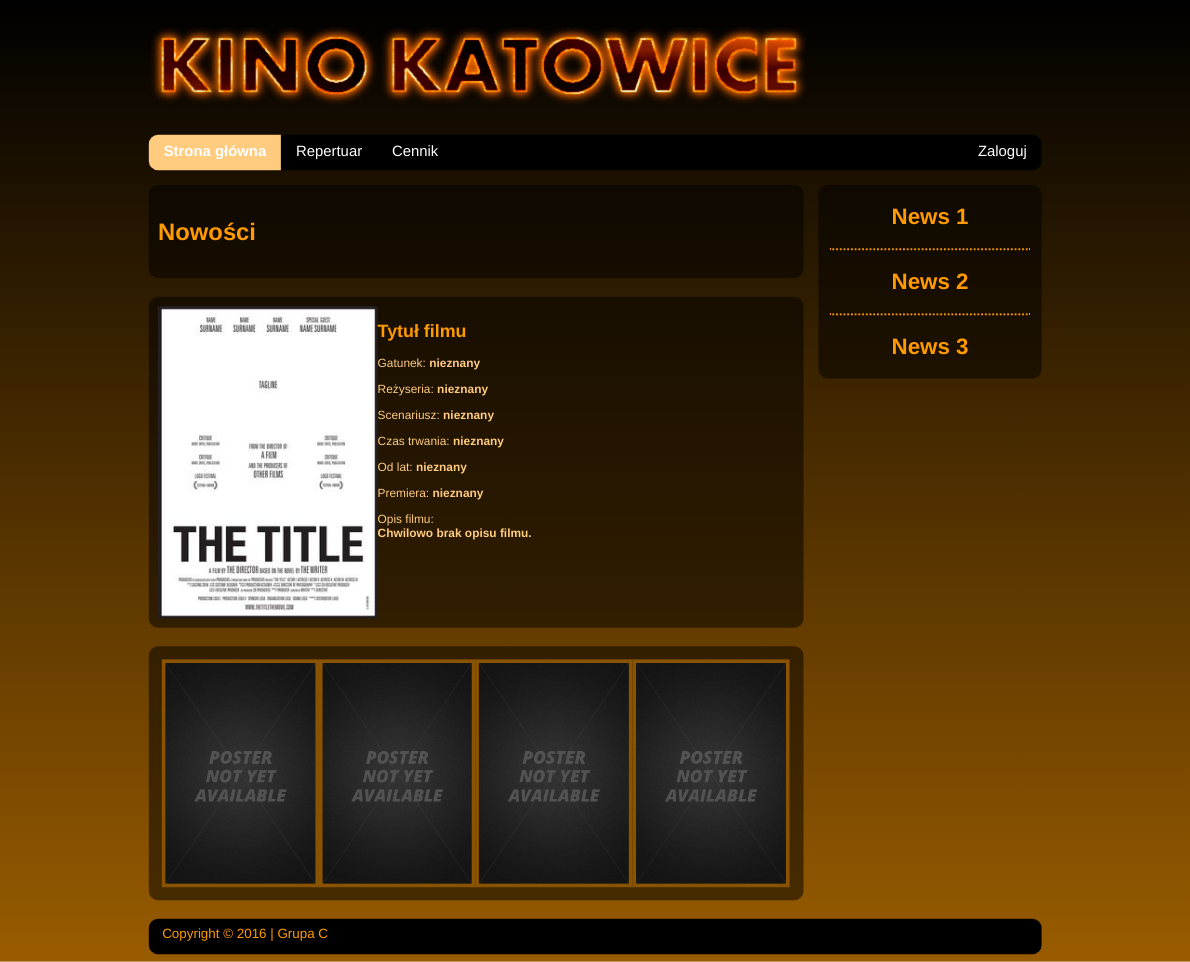
Repository: Gate4/Grupa-C
Page: http://localhost/KinoWebApp/WEB-INF/jsp/welcome.jsp
An editor plug-in stored every save of this project. The page is shown before and after the next save, followed by the edit.
The browser window is 1280 px wide. The pictures show the whole page, at 93% of full size.
Some web libraries are served in a nearby version. The page is served by Tomcat 9. Nobody is signed in. Other server files are loaded and not shown. The template is opened directly, without the code that normally fills it, so the values that code supplies are empty.

Above is the page before, as saved 2016-04-21 22:10:39.

### KinoWebApp/WebContent/WEB-INF/jsp/welcome.jsp
<%@page pageEncoding="UTF-8" contentType="text/html; charset=UTF-8"%>
<%@ taglib prefix="spring" uri="http://www.springframework.org/tags"%>
<!DOCTYPE html>
<html>
<head>


<spring:url value="/resources/style.css" var="styleCSS" />
<link href="${styleCSS}" rel="stylesheet" />
<script
	src="https://ajax.googleapis.com/ajax/libs/jquery/2.1.3/jquery.min.js"></script>
<link href="${styleCSS}" rel="stylesheet" />
<title>Kino</title>
</head>

<body>
	<div id="page">
		<header>
			<h1 id="logo">
				<img src="img/logo.png" alt="Kino Katowice">
			</h1>

			<nav class="clear">
				<ul>
					<li><a class="active" href='#'>Strona główna</a></li>
					<li><a href='#'>Repertuar</a></li>
					<li><a href='#'>Cennik</a></li>
					<li><a href='#'>Zaloguj</a></li>
				</ul>
			</nav>
		</header>


		<div id="content" role="main">
			<section class="primary">
			<section class="tile">
			<h1 id="pagetitle">Nowości</h1>
			</section>
				<section class="tile">
					<img src="resources/img/poster1.jpg" alt="Tytuł filmu 1">
					<h2>Tytuł filmu</h2>
					<p>Gatunek: <span>nieznany</span></p>
					<p>Reżyseria: <span>nieznany</span></p>
					<p>Scenariusz: <span>nieznany</span></p>
					<p>Czas trwania: <span>nieznany</span></p>
					<p>Od lat: <span>nieznany</span></p>
					<p>Premiera: <span>nieznany</span></p>
					<p>Opis filmu:<br> <span>Chwilowo brak opisu filmu.</span></p>
				</section>

				<section class="tile">
					<section class="poster">
						<a href='#'><img src="resources/img/poster4.jpg"
							alt="Tytuł filmu 1"></a>
					</section>
					<section class="poster">
						<a href='#'><img src="resources/img/poster4.jpg"
							alt="Tytuł filmu 2"></a>
					</section>
					<section class="poster">
						<a href='#'><img src="resources/img/poster4.jpg"
							alt="Tytuł filmu 3"></a>
					</section>
					<section class="poster">
						<a href='#'><img src="resources/img/poster4.jpg"
							alt="Tytuł filmu 4"></a>
					</section>
				</section>

			</section>

			<aside class="secondary">
				<section>
					<h2>News 1</h2>
					<p>${message}</p>
				</section>
				<hr>
				<section>
					<h2>News 2</h2>
					<p>${message}</p>
				</section>
				<hr>
				<section>
					<h2>News 3</h2>
					<p>${message}</p>
				</section>
			</aside>
		</div>

		<footer class="clear">
			<section class="footer">
				<p>Copyright © 2016 | Grupa C</p>
			</section>
		</footer>
	</div>

</body>

</html>

### KinoWebApp/WebContent/resources/style.css
body{
	background: #000000;
	background: linear-gradient(#000000, #995c00);
	color: #FF9A00;
	font-family: Helvetica, Verdana, sans;
}

#page{
	width: 960px;
	margin: 0 auto;
}

#logo{
	font-variant: small-caps;
}

#pagetitle{
	font-size: 2em;
}

#logo, .primary, .poster, .tile{
	float: left;
}

#contact, .secondary{
	float: right;
}

.clear{
	clear: both;
}

.primary{
	width: 75%;
}

.secondary{
	border-radius: 10px;
	background-color: #000000;
	background-color: rgba(0,0,0,0.5);
	width: 25%;
}

.secondary p,.tile p{
	margin-left: 1em;
	text-align: left;
	color: #FFCC7F;
}

.secondary h2{
	text-align: center;
}

.secondary hr{
	border: none;
	border-top: 2px dotted #FF9A00;
	width: 90%;
}

nav ul{
	border-radius: 10px;
	background-color: #000000;
	min-height: 2.4em;
	list-style: none;
	padding: 0;
}

nav ul li{
	display: inline;
	padding: 5px 1em;
}

nav ul li a{
	display: block;
	float: left;
	height: 1.2em;
	padding: 0.6em 1em;
	margin: 0;
	color: #fff;
	text-decoration: none;
}

nav ul li a:hover, a.active{
	background: #FFCC7F;
	font-weight: bold;
}

nav ul li:last-child{
	float: right;
	padding: 0;
}

nav ul li:first-child a:hover, nav ul li:first-child a.active{
	border-radius: 10px 0 0 10px;
}

nav ul li:last-child a:hover, nav ul li:last-child a.active{
	border-radius: 0 10px 10px 0;
}


.hidden{
	display: none;
}

.poster{
	width: 23.5%;
	padding: 4px 4px 4px 4px;
}

.poster img{
	border-style: solid;
    border-width: 4px;
    border-color: #895300;
	width: 100%;
}

.poster img:hover{
	border-style: solid;
    border-width: 4px;
    border-color: #ffb13b;
	width: 100%;
}


.tile{
    border-radius: 10px;
	background-color: #000000;
	background-color: rgba(0,0,0,0.5);
    width: 95%;

    color: #FF9A00;

    font-size: 0.8em;

    text-align: left;

    margin: 0px 20px 20px 0px;

    padding: 10px 10px 10px 10px;

    border-radius: 10px;
}

.tile img{
	float: left;
}

.tile p span{
    font-weight: bold;
}


.footer{
	border-radius: 10px;
	background-color: #000000;
	min-height: 2.4em;
	padding: 0 0px 0 0;
}

.footer p{
	font-size: 0.9em;
	padding: 0.6em 1em;
}

After the next save:
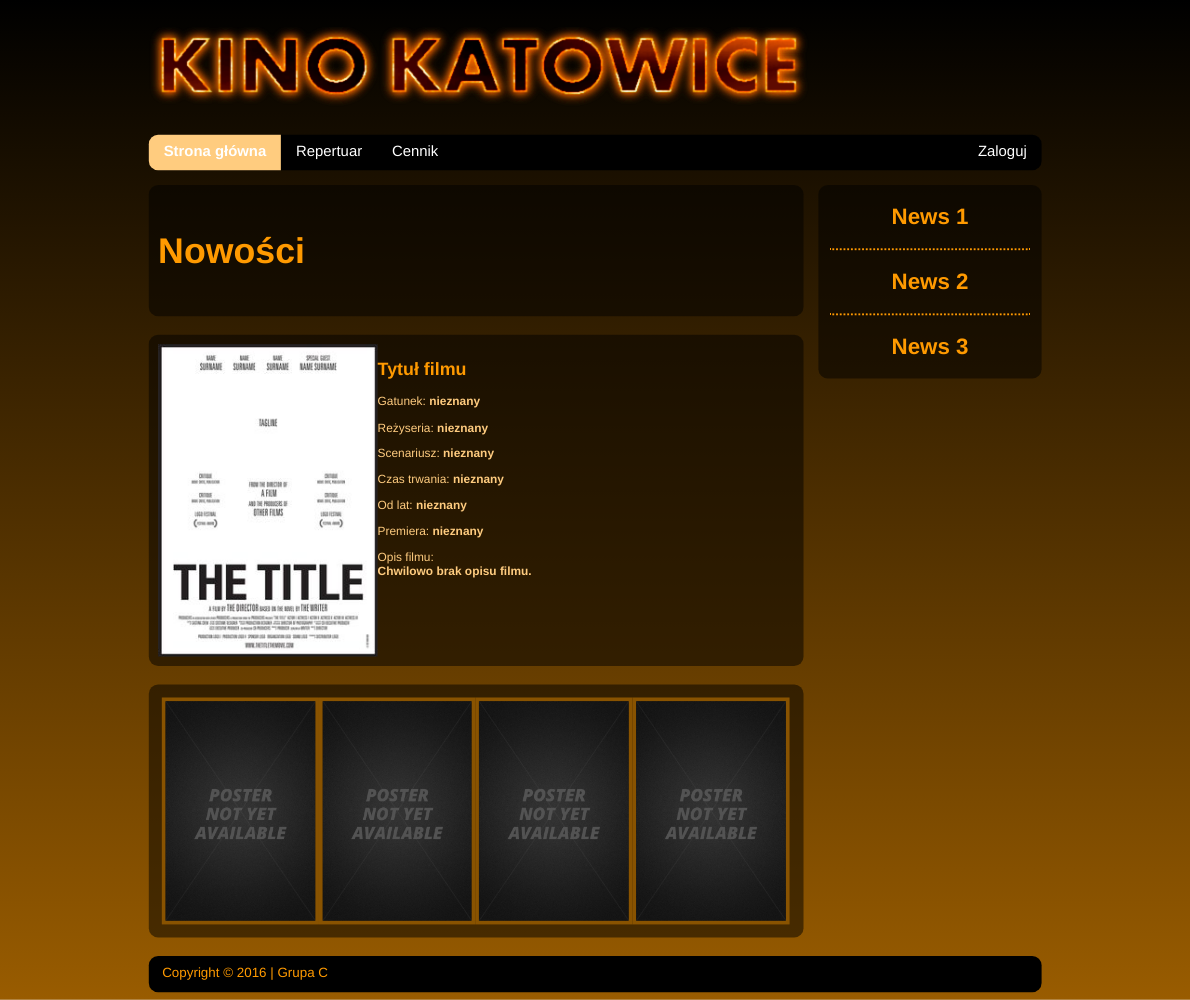
Saved 49 s later.
--- a/KinoWebApp/WebContent/resources/style.css
+++ b/KinoWebApp/WebContent/resources/style.css
@@ -15,7 +15,7 @@ body{
 }
 
 #pagetitle{
-	font-size: 2em;
+	font-size: 3em;
 }
 
 #logo, .primary, .poster, .tile{
